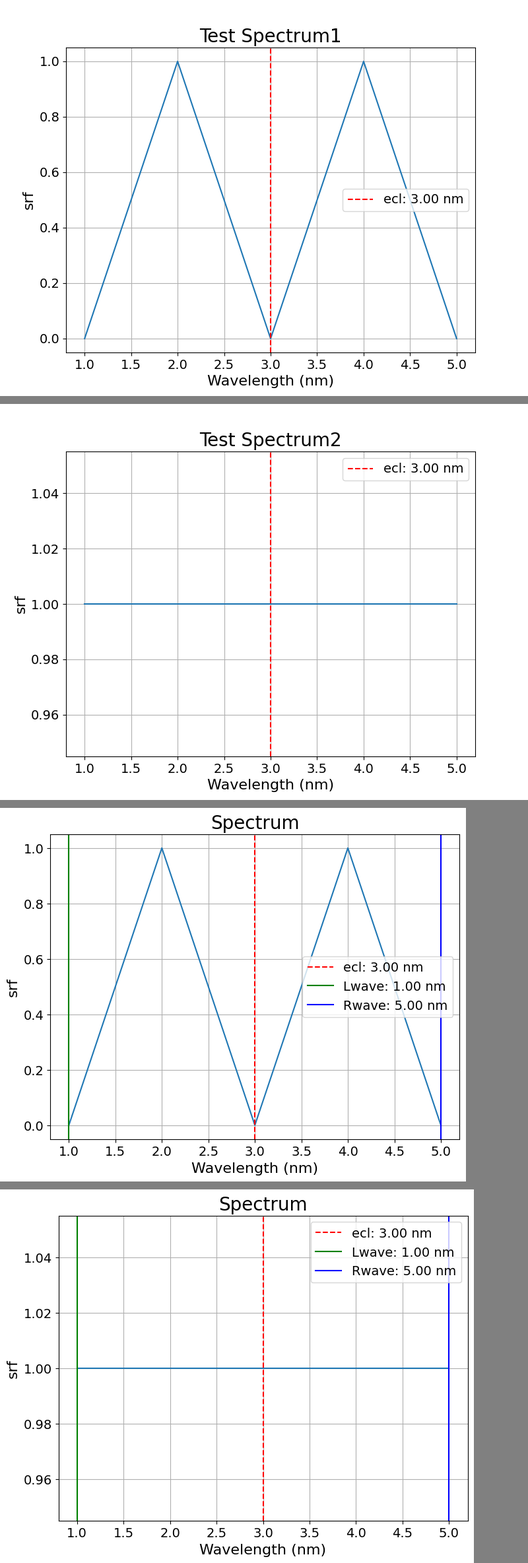
Repository: cyloveyou/cal_ecw
Script's output: python python/test_lib_ecl.py
An editor plug-in stored every save of this project. The script's output is shown before and after the next save, followed by the edit.
The pictures are shown at 66% of full size.
Each picture stacks the figures in order, with grey between them; figures that are only written to a file come last. Random numbers start from a fixed seed.

Above is the script's output before, as saved 2025-09-23 22:14:45.

### python/test_lib_ecl.py
#!/usr/bin/env python3
# -*- coding: utf-8 -*-
# @Time    :2025/09/22 22:50:21
# @Author  :小 y 同 学
# @公众号   :小y只会写bug
# @CSDN    :https://blog.csdn.net/weixin_64989228?type=blog
# @Discript:

from lib_ecl import *
import numpy as np


def test_cal_ecl1():
    # 测试数据1
    wave = np.array([1, 2, 3, 4, 5])
    amp = np.array([0, 1, 0, 1, 0])
    ecl = cal_ecl(wave, amp)
    plot_spectrum(wave, amp, title="Test Spectrum1", ecl=ecl)


def test_cal_ecl2():
    # 测试数据2
    wave = np.array([1, 2, 3, 4, 5])
    amp = np.array([1, 1, 1, 1, 1])
    ecl = cal_ecl(wave, amp)
    plot_spectrum(wave, amp, title="Test Spectrum2", ecl=ecl)


if __name__ == "__main__":
    test_cal_ecl1()
    test_cal_ecl2()

### python/lib_ecl.py
#!/usr/bin/env python3
# -*- coding: utf-8 -*-
# @Time    :2025/09/22 20:36:15
# @Author  :小 y 同 学
# @公众号   :小y只会写bug
# @CSDN    :https://blog.csdn.net/weixin_64989228?type=blog
# @Discript:读取光谱响应函数，计算等效中心波长

import numpy as np
import pandas as pd
from matplotlib import pyplot as plt
import os
import re

# =====>2025/09/22 21:51:48 设置全局字体大小 <=====
# 标题
plt.rcParams["axes.titlesize"] = 20
# x轴标签
plt.rcParams["axes.labelsize"] = 16
# 刻度标签
plt.rcParams["xtick.labelsize"] = 14
plt.rcParams["ytick.labelsize"] = 14
# 图例
plt.rcParams["legend.fontsize"] = 14
# 支持中文
config = {
    "font.family": "serif",  # 设置衬线字体
    "font.serif": ["SimSun"],  # 设置中文字体,SimSun为宋体
    "mathtext.fontset": "stix",  # 设置数学字体，用作英文字体
    "axes.unicode_minus": False,
}
plt.rcParams.update(config)


# =====>2025/09/22 20:49:27 从xls文件中读取光谱响应函数 <=====
def read_spec_from_xls(file_path, sheet_name=0):
    df = pd.read_excel(file_path, sheet_name=sheet_name, header=1)
    df = df.fillna(0)
    wave = df.iloc[:, 0].values
    amp = df.iloc[:, 1:].values
    return wave, amp, df.columns[1:]


# =====>2025/09/22 20:49:08 绘制光谱响应函数图像 <=====
def plot_spectrum(
    wave, amp, title="Spectrum", ecl=None, lwave=None, rwave=None, save_path=None
):
    xlabel = "Wavelength (nm)"
    ylabel = "srf"

    plt.figure(figsize=(8, 6))
    plt.plot(wave, amp)
    plt.title(title)
    plt.xlabel(xlabel)
    plt.ylabel(ylabel)
    plt.grid()

    if ecl:
        plt.axvline(x=ecl, color="r", linestyle="--", label=f"ecl: {ecl:.2f} nm")
        plt.legend()
    if lwave:
        plt.axvline(x=lwave, color="g", linestyle="-", label=f"Lwave: {lwave:.2f} nm")
        plt.legend()
    if rwave:
        plt.axvline(x=rwave, color="b", linestyle="-", label=f"Rwave: {rwave:.2f} nm")
        plt.legend()
    if save_path:
        if not os.path.exists(os.path.dirname(save_path)):
            os.makedirs(os.path.dirname(save_path))
        save_path = re.sub(r"[：:<>]", "_", save_path)
        plt.savefig(save_path, dpi=600, bbox_inches="tight")
    else:
        plt.show()
    plt.close()


# =====>2025/09/22 21:06:15 计算等效中心频率 <=====
def cal_ecl(wave, amp):
    # 计算全部积分
    sum_amp = np.trapz(amp, x=wave)
    sum_amp_2 = sum_amp / 2

    # 二分法 迭代求解积分中点
    tmp_amp = -1
    lwave = wave[0]
    rwave = wave[-1]
    tmp_wave = (lwave + rwave) / 2
    while True:
        # 计算当前频率下的积分
        tmp_amp = np.trapz(amp[wave <= tmp_wave], x=wave[wave <= tmp_wave])

        # print("tmp_wave:", tmp_wave, " tmp_amp:", tmp_amp, " sum_amp_2:", sum_amp_2)
        plot_spectrum(
            wave,
            amp,
            title="Spectrum",
            ecl=tmp_wave,
            lwave=lwave,
            rwave=rwave,
            save_path=f"pic/ecl_{tmp_wave:.2f}.png",
        )
        # 判断是否达到目标积分
        if abs(tmp_amp - sum_amp_2) < 1:
            break
        # 如果当前积分小于目标积分，向右移动
        elif tmp_amp < sum_amp_2:
            lwave = tmp_wave
            tmp_wave = (tmp_wave + rwave) / 2
        # 否则向左移动
        else:
            rwave = tmp_wave
            tmp_wave = (lwave + tmp_wave) / 2

    return tmp_wave

After the next save:
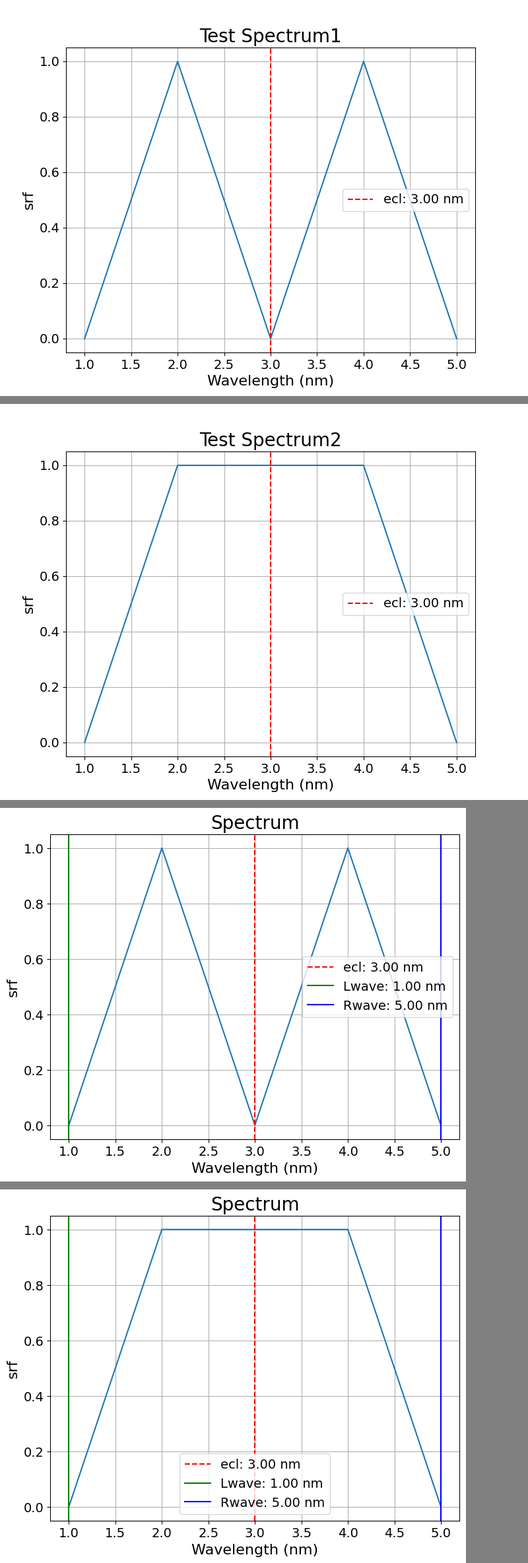
Saved 6 min 45 s later.
--- a/python/test_lib_ecl.py
+++ b/python/test_lib_ecl.py
@@ -21,7 +21,7 @@ def test_cal_ecl1():
 def test_cal_ecl2():
     # 测试数据2
     wave = np.array([1, 2, 3, 4, 5])
-    amp = np.array([1, 1, 1, 1, 1])
+    amp = np.array([0, 1, 1, 1, 0])
     ecl = cal_ecl(wave, amp)
     plot_spectrum(wave, amp, title="Test Spectrum2", ecl=ecl)
 
